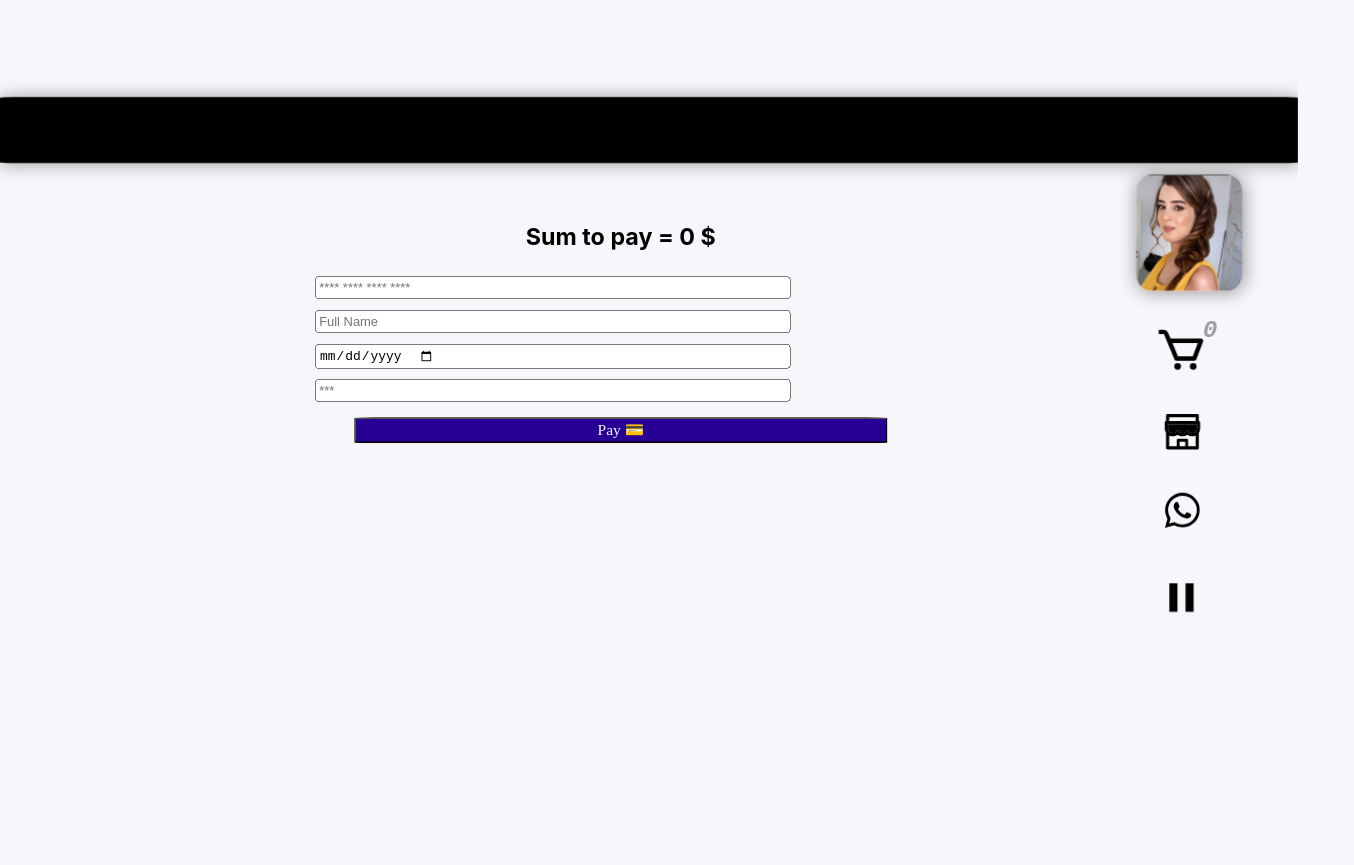
Repository: rehamAbass/BeautyCareShop
Page: /, after clicking the first element matching `svg.cartIcon`
The author's editor kept a copy of each file at every save. The page is drawn from the files as they stood at one save, then again after the next save.
The browser window is 1280 px wide. The page is 1338 px wide, then 1396 px, so the pictures cover 1396 px, including what lies to the right of the window. The pictures show the whole page, at 97% of full size.
The page's requests for data from a server got no answer. Some web fonts or font styles are not loaded; a fallback is used. The project was rebuilt for these pictures with package versions that can differ from the ones it lists, and the page was loaded fresh each time. No one was signed in, and anything a server would have sent is missing. Also part of the build but not shown: src/components/allProducts/card-list.css, src/components/allProducts/prod/card.css, src/components/allProducts/prod/card.component.jsx, src/components/search-box/search-box.css, src/components/myCart/cartProduct/cartProduct.css, src/components/myCart/cartProduct/cartProduct.jsx. Imported but missing from the stored project, and not drawn on this page: src/components/header/music/ed.mp3.

Above is the page before, as saved 2022-06-08 17:21:44.

### public/index.html
<!DOCTYPE html>
<html lang="en">
  </style>
  <head>
    <meta charset="utf-8" />
    <link rel="icon" href="" />
    <meta name="viewport" content="width=device-width, initial-scale=1" />
    <meta name="theme-color" content="#000000" />
    <meta
      name="description"
      content="Web site created using create-react-app"
    />
    <link rel="apple-touch-icon" href="" />
    <link rel="manifest" href="%PUBLIC_URL%/manifest.json" />
    <link rel="preconnect" href="https://fonts.googleapis.com">
    <link rel="preconnect" href="https://fonts.gstatic.com" crossorigin>
    <link href="https://fonts.googleapis.com/css2?family=Bigelow+Rules&display=swap" rel="stylesheet">
    <link rel="preconnect" href="https://fonts.googleapis.com">
    <link rel="preconnect" href="https://fonts.gstatic.com" crossorigin>
    <link href="https://fonts.googleapis.com/css2?family=Bigelow+Rules&family=Dancing+Script&display=swap"
      rel="stylesheet">
    <title color:'purble'>BeautyShop💄</title>
  </head>
  <body>

    <div id="root"></div>
  </body>
</html>

<!--
  <video id="video1" loop="" muted="" src="https://prod-streaming-video-msn-com.akamaized.net/aa5cb260-7dae-44d3-acad-3c7053983ffe/1b790558-39a2-4d2a-bcd7-61f075e87fdd.mp4"></video>

 -->

### src/App.js

// import React from 'react'
import CardList from './components/allProducts/card-list.component';
import SearchBox from './components/search-box/search-box.component';
import './App.css'
import axios from "axios";
import React, { Component } from "react";
import Header from './components/header/header.component.jsx'
import { useState, useEffect } from 'react';
import Cart from './components/myCart/myCart.jsx'

const App = () => {
  const [products, setProducts] = useState([]);
  const [cartProducts, setCartProducts] = useState([]);
  const [filteredProducts, setFilteredProducts] = useState(products);
  const [searchString, setSearchString] = useState('');
  const [showCart, setShowCart] = useState(false);
    const [cartCounter, setCartCounter] = useState(0);
      const [Sum, setSum] = useState(0);
      const [imgs, setImgs] = useState([])

  //==========================================================================
  const   getDataFromDB= async ()=> {
    const response = await axios.get("http://localhost:8000/products/");
    setCartProducts(response);
  }
  //===========================================================
  const deleteProd = async (id) => {
    let response = await axios.delete(
      `http://localhost:8000/product/${id}`
    );
  }
  //=============================================================
  const saveProd = async (p) => {
    const response = await axios.post(
      "http://localhost:8000/product",p
    );
  }

   const  updateProd = async (p) => {
    const response = await axios.put(
      "http://localhost:8000/product",p
    );
  }
  //============================================================================
  useEffect(() => {
    fetch('http://makeup-api.herokuapp.com/api/v1/products.json?brand=maybelline')
      .then((res) => res.json())
      .then((users) => {
          users = users.map(user => (
         {id:user.id,
         name:user.name,
         brand:user.brand,
         price:user.price,
        image_link:user.image_link,
         product_link:user.product_link,
         description:user.description,
        rating:user.rating,
         product_type:user.product_type,
          product_api_url:user.product_api_url,
          product_colors:user.product_colors,
        amount:0
         }))


         getDataFromDB();
        setFilteredProducts(users);
        setProducts(users);
        setImgs(users.map((u)=>(u.image_link)));
      })
  }, []); // it runs only one time - no need to call it in each render because [] is empty !!
  //=========================================================================================
  useEffect(() => {
    let filteredgroup = products.filter((p) => p.name.toLowerCase().includes(searchString));
    setFilteredProducts(filteredgroup);
  }, [products, searchString])

  //========================================================================================
  const onSearchChanged = (event) => {
    let input = event.target.value.toLowerCase();
    setSearchString(input);
  }
  //=========================================================================================
  const addProduct=(product)=>{
        let updatePro = cartProducts.filter(p=> p.id === product.id);
     if(updatePro.length>0){
       // it means that YES the product exists before in Cart! just increase the amount of it:
       updatePro = updatePro[0];
       updatePro.amount +=1;
        let newarray = cartProducts.map(p=>( p.id === product.id ? updatePro:p )) ;
        setCartProducts(newarray);
     }else{
        let newProductToAdd = {...product, amount:1};
         setCartProducts([...cartProducts,newProductToAdd ]);
         saveProd(product);
         updateProd();
     }

      }
  //=================================================================================
  //    ,
  const deleteProduct = (product) => {
    let newArr = cartProducts.filter(p => p.id !== product.id);
    setCartProducts(newArr);
    deleteProd(product.id);
  }
 //===================================================================================
   const decreaseProduct=(product)=>{

     if(product.amount >1){
       let update = product;
       update.amount -=1;
        let newarray = cartProducts.map(p=>(p.id === product.id ? update:p )) ;
     setCartProducts(newarray);
     }else{ // amount was  === 1
        let newArr = cartProducts.filter(p=> p.id !== product.id);
         setCartProducts(newArr);
     }
      }
 //===================================================================================
useEffect(()=>{
  console.log("useEffect, cartProduct changes, so counter changes");
  let all =0;
  let summ=0;
  for(let p of cartProducts){
     all = all+p.amount;
    summ = summ+ (p.amount * p.price);
}
    setSum(summ);
    setCartCounter(all);
},[cartProducts]);

//====================================================================================
  useEffect(()=>{
    console.log("open Cart = ",showCart);
  },[showCart])
 //=========================================================================================
const HandleCart =(val)=>{
  setShowCart(val);
}
 const handleSumCount = ()=>{
  setSum(0);
  setCartProducts([]);
  setCartCounter(0);

 }
 //=========================================================================================
  return (
    <div className="App">
      <header className="App-header">
        <Header counter ={cartCounter}
        imgs={imgs}
        handleCart = {HandleCart}/>
        {showCart === false &&
          <div>
           <SearchBox
          className='search-box2'
          searchHandler={onSearchChanged}
          group={filteredProducts}
        />
            <CardList
              group={filteredProducts}
               addProduct={addProduct} />
        </div>

        }
          {(showCart === true) &&
            <Cart sum ={Sum} group={cartProducts}
           addProduct={addProduct}
            deleteProduct={deleteProduct}
            decreaseProduct={decreaseProduct}
              handleSumCount={handleSumCount}
            />
          }
      </header>
    </div>
  )
}

export default App;

### src/components/allProducts/card-list.component.jsx

import './card-list.css'
import Card from './prod/card.component'
import React from 'react'

const CardList = ({ group ,addProduct}) => {
    return (
        <div className='card-list'>
            {group.map((p,i) =>
                (
                    <Card
                    key={i}
                    product={p}
                     addProduct={addProduct}/>
                )
            )
            }
        </div >

    )
}

export default CardList;

### src/components/search-box/search-box.component.jsx

import React from 'react'
import './search-box.css'


const SearchBox = ({ className, placeholder, searchHandler, group }) => {

    return (
        <div className='search-box'>
            <input
                className={className}
                type='search'
                placeholder='Search Products'
                onChange={searchHandler}
                style={{
                     fontStyle:'unset', fontStretch: 'extra-expanded'
                , fontSize:'large', borderRadius:'15%'}}
            />
            {group.length === 0 ?
                <div className='alert2'> NO Products with this prefix </div> : ''}
        </div>
    )
}


export default SearchBox;

### src/App.css
body {
  margin: 0;
  padding: 0;
  font-family: -apple-system, BlinkMacSystemFont, 'Segoe UI', 'Roboto', 'Oxygen',
    'Ubuntu', 'Cantarell', 'Fira Sans', 'Droid Sans', 'Helvetica Neue',
    sans-serif;
    background-color:rgba(192, 190, 228, 0.135);
  -webkit-font-smoothing: antialiased;
  -moz-osx-font-smoothing: grayscale;
  text-align: center;
}



















/* -------------------------------------------------------------------------------------- */

/* .App {
  text-align: center;
}

.App-logo {
  height: 40vmin;
  pointer-events: none;
}

@media (prefers-reduced-motion: no-preference) {
  .App-logo {
    animation: App-logo-spin infinite 20s linear;
  }
}

.App-header {
  background-color: #2d5cba;
  min-height: 100vh;
  display: flex;
  flex-direction: column;
  align-items: center;
  justify-content: center;
  font-size: calc(10px + 2vmin);
  color: white;
}

.App-link {
  color: #61dafb;
}

@keyframes App-logo-spin {
  from {
    transform: rotate(0deg);
  }
  to {
    transform: rotate(360deg);
  }
}

*/

### src/components/header/header.component.jsx
import React from 'react'
import './header.css'
import Music from './music/music.component';
import fatme from './fatme.jpeg'
import CartIcon from './cartIcon/cartIcon.component';
import {BsWhatsapp} from 'react-icons/bs'
import {AiTwotoneShop} from 'react-icons/ai'

const Header = ({counter,imgs, handleCart}) => {
    return (
        <div className='headClass'>
        <div className='imgs'>
            {imgs.map((link, i) => (
                    (i>=19 && i <29)&&<img
                    style={{transform:'scale(1)' ,  margin:'0px'}}
                    key={i}
                    src={link} alt='prod' />

            ))}
        </div>

            <img className='myImg' src={fatme} alt='me'
            />
               <CartIcon
            counter={counter}
             handleCart={handleCart}
            />
            <AiTwotoneShop
            className='goHome'
                onClick={() => {
                     handleCart(false)}}
            />
            <h4 className='title' >
                <marquee direction='left' loop='2' >Fatima Beauty Care Shop</marquee>
            </h4>


            <Music />


            <a  className='whatsApp'  aria-label="whats"
                target="_blank" rel="noopener"
                href="https://api.whatsapp.com/send?phone=972543656019&text=hello%20Fatima%20from%20your%20BeautyCareShop%20Website%20💄"
              >
              <BsWhatsapp/>
            </a>
        </div>
    )
}

export default Header;

### src/components/myCart/myCart.jsx
import './myCart.css'
import React from 'react'
import Card from './cartProduct/cartProduct.jsx'
import { useState } from 'react'

import Pay from './Payment/Pay'


const Cart = ({ sum, group, addProduct, deleteProduct, decreaseProduct  , handleSumCount}) => {

        const [paid, setPaid] = useState(false);
        const handlePaid = (val) => {
                setPaid(val);
            }
            //--------------------------------------
    return (
        <div className='allComp' >
              <h2 className='sum'> Sum to pay =  { sum } $ </h2>



                 {(paid === false)&&
                 <Pay/>}
                  {(paid === false)&&
            <button className='payy'
                onClick={() => {
                    handlePaid(true);
                     handleSumCount(true);
                      }}>
                 Pay 💳
                 </button>}
           {(paid == true)&&
            <h2
            style={{ fontSize: 'x-large' }}>
                THANK YOU MAN, PAID SUSSESSFULLY💳👍🏼👍🏼
            </h2>}


           {(paid === false) &&
            <div className='myCart' > {
                group.map((p, index) => (<
                                Card key = { index }
                                product = { p }
                                addProduct = { addProduct }
                                deleteProduct = { deleteProduct }
                                decreaseProduct = { decreaseProduct }
                                />)
                            )
            }
            </div>}
            </div>
                    )
                }


                export default Cart;

### src/components/header/header.css
.title {
    width: 110%;
    position: relative;
    font-size: 46px;
    font-weight: bolder;
    font-family: 'Dancing Script';
 color:rgb(251, 251, 251);
    font-stretch: extra-expanded;
    /* text-shadow: 11px 1px 11px rgb(255, 0, 123); */
    background-color: rgb(0, 0, 0);
     box-shadow: 1px 1px 17px 1px rgba(135, 134, 135, 0.74);
     margin-top: 40px;
     border-radius:1%;
}
.imgs{
    width: 110%;
    position: relative;
    height:60px;
     margin: 0px;
}
.goHome{
    color:rgb(0, 0, 0);
     position:fixed;
    margin-left: 47%;
    margin-top:376px;
     transform: scale(2.6);
}
.goHome:hover{
    color:rgb(160, 160, 164);
    transform:scale(3);
}
.whatsApp{
    color:rgb(0, 0, 0);
     position:fixed;
    margin-left: 47%;
    margin-top:290px;
     transform: scale(2);
}
.whatsApp:hover{
  color:rgb(160, 160, 164);

   }
.myImg{
    position:fixed;
    margin-left: 44%;
    margin-top:120px;
    width: 110px;
  height: 120px;
    box-shadow: 1px 1px 17px 1px rgb(155, 153, 153);
    border-radius:15%;
}

.headClass {
    border-radius: 12%;
    width: 95%;
    height: 30px;
    font-size: large;
    /* font-weight: 700; */
    font-style: italic;

}

### src/components/header/music/music.component.jsx
import './music.css'
import { useState, useEffect } from 'react'
import { MdPlayArrow, MdPause } from 'react-icons/md'
import  React  from 'react'
import ed from "./ed.mp3";

const aud = new Audio(ed);
aud.play();

const Music = () => {
    const [flagPlaying, setIsActive] = useState(true);
    const handleClick = (value) => {
        setIsActive(value);
        if (value === true) {
            aud.loop = true;
            aud.play();
        } else {
            aud.pause();
            aud.loop = false;
        }
    }

    return (<div className='myAudio'>
        {(flagPlaying === false) &&
            <MdPlayArrow
                className='btnAudio'
                onClick={() => {
                    if (flagPlaying === false) {
                        handleClick(true);
                    }
                }}
            />
        }
        {(flagPlaying === true) &&
            <MdPause
                className='btnAudio'
                style={{color:'black'}}
                onClick={() => {
                    if (flagPlaying === true) {
                        handleClick(false);
                    }
                }}
            />
        }
    </div>
    )
}


export default Music;

### src/components/header/cartIcon/cartIcon.component.jsx
import React from 'react'
import './cart.css'
import { BiCart } from "react-icons/bi";


const CartIcon = ({ counter,handleCart}) => {

    return (
        <div className='cart-container'>
            <span className='counter'>{counter}</span>
            <BiCart
                    className='cartIcon'
                    onClick={() => {
                      handleCart(true);
                     }}
                />
        </div>
    )
}
export default CartIcon;

### src/components/myCart/myCart.css
.myCart{
    width:900px;
    max-width: 900px;
    margin-left:3%;
    display: grid;
    grid-template-Columns:  1fr 1fr 1fr ;
    grid-gap: 0.4%;
    margin-top: 4%;
    margin-bottom:30%;
}

.alert1 {
    margin-top: 200px;
    text-align: center;
    /* padding: 40px; */
    /* color: rgb(55, 100, 212); */
    color:black;
    font-size: 50px;
    font-stretch: extra-expanded;
    font-family: 'Dancing Script';
    font-weight: bolder;
    text-shadow: 1px 1px  1px rgb(0, 0, 0);
    transform: scale(1.22);
    /* margin-top: '36%'; */
    margin-left:110%;
}
.sum{
    margin-top: 200px;
}
.alertPay {
     margin-left:-42%;
  /* margin-top: 400px; */
    text-align: center;
    color: rgb(13, 37, 100);
    font-size: 350x;
    /* font-stretch: extra-expanded; */
    /* font-family: 'Dancing Script'; */
    font-weight: bolder;
    text-shadow: 1px 1px  1px rgb(0, 0, 0);

}
.payy{
    cursor:pointer;
    border: 5  rgb(0, 0, 0);
    width :550px;
    height:27px;
    margin-top:10px;
      color:aliceblue;
      padding: 3px;
      padding-top: 0px;
    background-color:rgb(40, 0, 148);
   font-family:serif;
    font-size:medium;
    font-weight:400;
    border-radius:4%;
}

.paybtn:hover{
    color:rgb(3, 3, 216);
    background-color:rgb(252, 252, 252);
    box-shadow: 1px 1px 2px 1px  rgb(0, 52, 197);
}

### src/components/myCart/Payment/Pay.jsx


import React from 'react'
import './Pay.css'

import {useState} from 'react';
const Pay =()=>{
    const [onChangee , setOnChangee] = useState({});
    const onChangeHandler =(obj)=>{
        setOnChangee(obj);
        }
 //-------------------------------
return (
    <div>
    <form id="cc-form">
    <input type="password" className='inputt'
    name="number" placeholder='**** **** **** ****'/>
    <input type="text" name="name"
    className='inputt' placeholder='Full Name'/>
    <input type="date" className='inputt'
    name="expiry" placeholder='**/****'/>
    <input type="password" className='inputt'
    name="cvc" placeholder='***'/>
</form>
    </div>
)

}



export default Pay;

### src/components/header/music/music.css
.myAudio {}

.btnAudio {
    width:  50px;
    height: 50px;
    position:fixed;
    margin-left: 45.7%;
    margin-top: 362px;
    color:rgb(0, 0, 0);
    border-radius: 90%;
}

.btnAudio:hover {
   color : rgb(160, 160, 164);
    transform: scale(1.125);
    box-shadow: 1px 1px 10px 1px  rgb(160, 162, 169);
}

### src/components/header/cartIcon/cart.css
.cartIcon{
     position:fixed;
    width:55px;
    height:55px;
    color:rgb(0, 0, 0);
    margin-top:1%;
    /* transform: translateZ(-1);
    transition: transform 0.25s ease-out; */
}
.cartIcon:hover{
    transform:scale(1.12);
    color:rgb(160, 160, 164);
}
.cart-container{
    position:fixed;
    margin-left: 93%;
    margin-top: 260px;
}
.cart-container:hover{
    color:rgb(0, 0, 0);
 /* transform: scale(1); */
 cursor: pointer;
}
.counter{
    font-size:large;
    font-family:'Courier New', Courier, monospace;

    color:rgb(160, 160, 164);
    font-weight:bolder;
    text-align: right;
      transform: scale(1.4);
    text-shadow: 2px 2px 12px 12px rgb(0, 0, 0);
    position: fixed;
    margin-left: 4%;
    margin-top:0.8%;
}

### src/components/myCart/Payment/Pay.css
.inputt{
    margin:5px ;
    padding:2px;
    cursor:pointer;
     display: flex;
    flex-direction: row;
}

#cc-form{
    margin-left: 25%;
    width: 500px;
    /* flex-direction: row; */
    align-items: center;
    position:relative;
     display: grid;
    /* grid-template-columns: 1fr; */
    grid-template-rows: 1fr 1fr 1fr 1fr ;
}

Loaded but not shown: src/index.js (common file); src/index.css (common file)

After the next save:
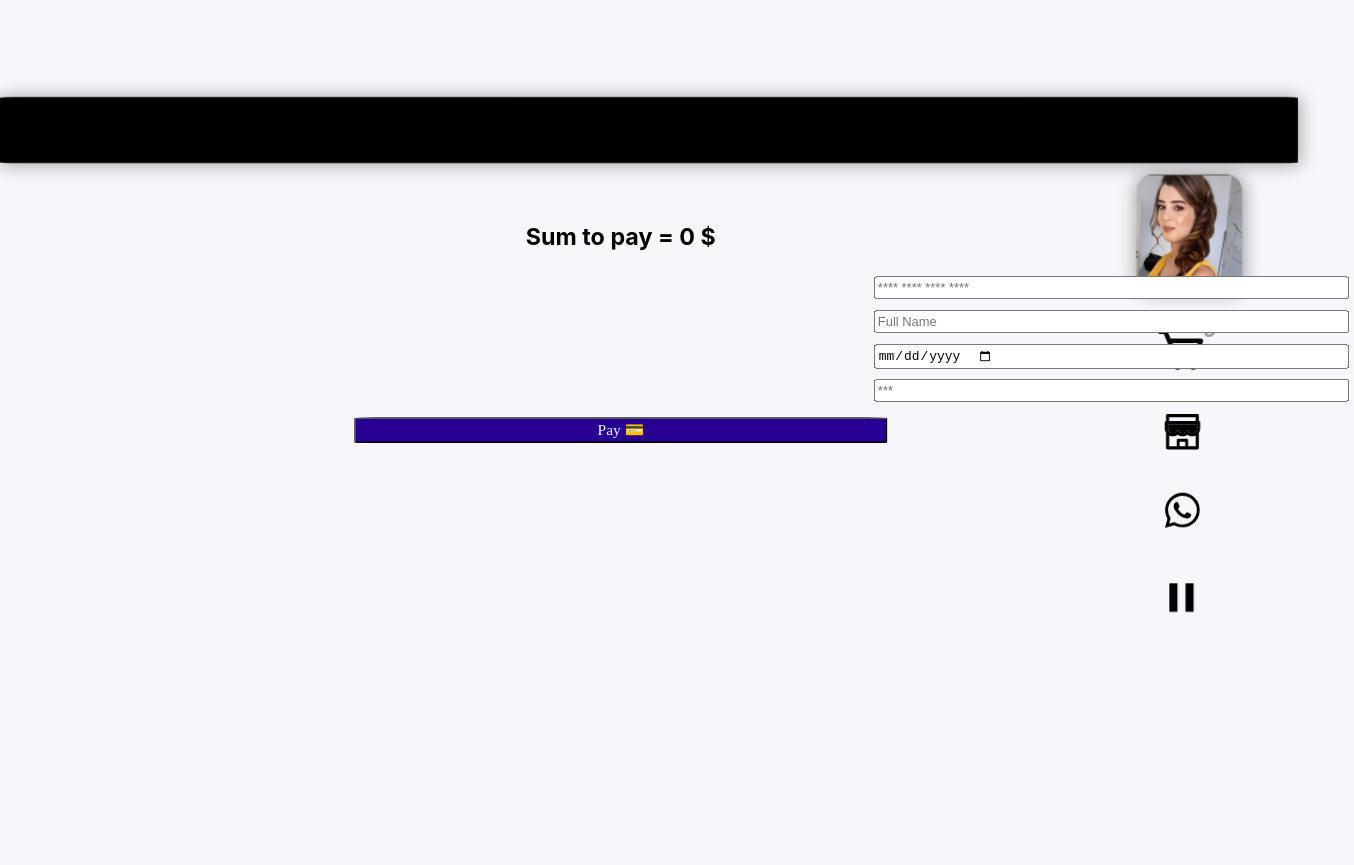
Saved 10 s later.
--- a/src/components/myCart/Payment/Pay.css
+++ b/src/components/myCart/Payment/Pay.css
@@ -7,7 +7,7 @@
 }
 
 #cc-form{
-    margin-left: 25%;
+    margin-left: 70%;
     width: 500px;
     /* flex-direction: row; */
     align-items: center;
